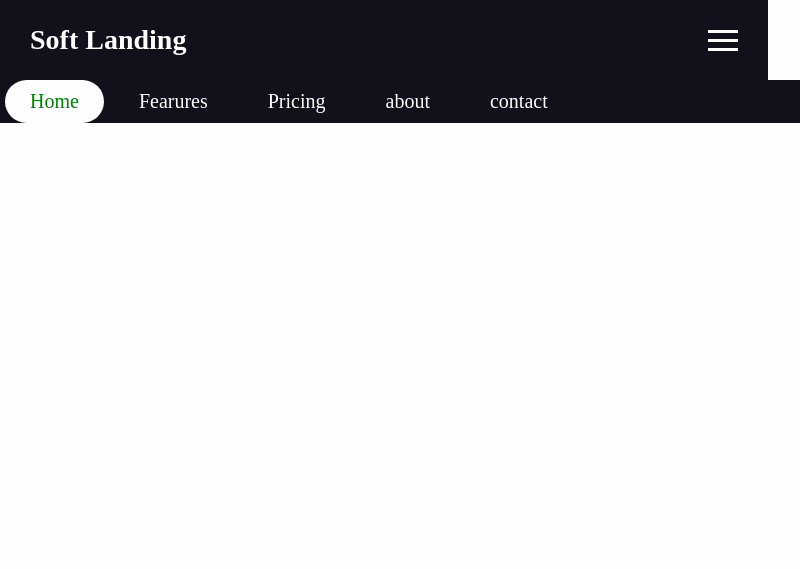
Repository: AMIT1439027/Gobbart-task
Page: index.html
An editor plug-in stored every save of this project. The page is shown before and after a run of saves, followed by the edit.
The browser window is 768 px wide. The page is 800 px wide, so the pictures cover 800 px, including what lies to the right of the window. The pictures show the whole page.

Above is the page before, as saved 2024-04-20 14:30:13.

### index.html
<!DOCTYPE html>
<html lang="en">
<head>
    <meta charset="UTF-8">
    <meta name="viewport" content="width=device-width, initial-scale=1.0">
    <title>Document</title>
    <link rel="stylesheet" href="style.css">
</head>
<body>
    <header>
        <div class="logo">Soft Landing</div>
        <div class="humburger">
            <div class="line"></div>
            <div class="line"></div>
            <div class="line"></div>
        </div>

        <nav class="nav-bar">
            <ul>
                <li>
                    <a href="" class="active">Home</a>
                </li>
                <li>
                    <a href="">Fearures</a>

                </li>
                <li>
                    <a href="">Pricing</a>

                </li>
                <li>
                    <a href="">about</a>
                </li>
                <li>
                    <a href="">contact</a>
                </li>
            </ul>
        </nav>
    </header>
</body>
</html>

### style.css
*{
    margin: 0;
    padding:0;
    list-style: none;
    text-decoration: none;
    font-family: Google Sans Regular;
    box-sizing:border-box;
}

body{
    background:#fefefe;

}

header{
    width: 100%;
    height: 80px;
    background:#11101b;
    display: flex;
    align-items: center;
    justify-content: space-between;
    padding: 0 100px;

}

.logo{
    font-size:28px;
    font-weight: bold;
    color:#fefefe;
}

.humburger{
    display: none;

}

.nav-bar ul{
 display: flex;
}

.nav-bar ul li a{
    display: block;
    color:#fefefe;
    font-size: 20px;
    padding: 10px 25px;
    border-radius:50px;
    transition: 0.2s;
    margin: 0 5px;

}

.nav-bar ul li a:hover{
    color:#11101b;
    background:#fefefe;
}

.nav-bar ul li a.active{
    color:green;
    background:#fefefe;

}

@media only screen and (max-width:1320px){
    header{
        padding: 0 50px;
    }
}

@media only screen and (max-width:1100px){
    header{
        padding: 0 30px;
    }
}

@media only screen and (max-width:900px){
   .humburger{
    display: block;
    cursor: pointer;
   }
   .humburger .line{
    width: 30px;
    height:3px;
    background:#fefefe;
    margin: 6px 0;
   }
   .nav-bar{
    /* display: none; */
    position: absolute;
    top: 80px;
    left: 0;
    right: 0;
    width: 100vh;
    background:#11101b;
    transition: 0.2s;

   }
}

After the next 4 saves:
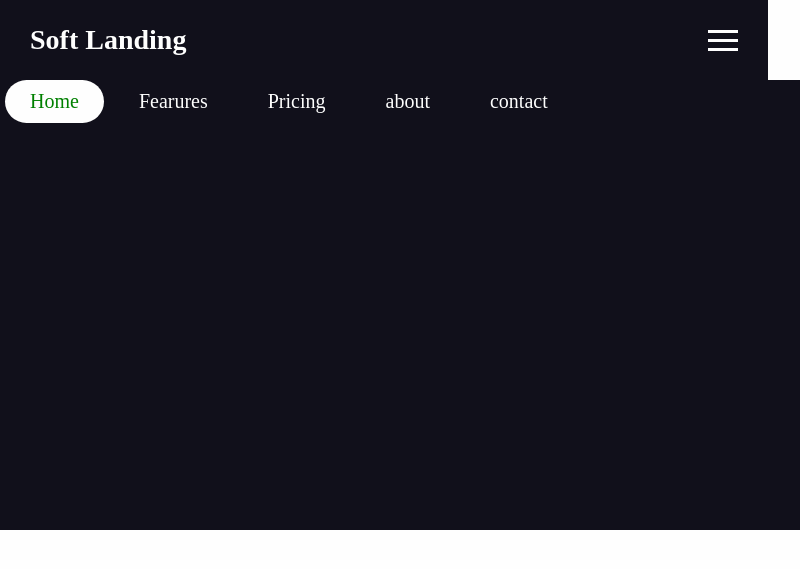
The 4 saves are shown as one change because they came seconds apart.
The last was saved 23 s later.
--- a/style.css
+++ b/style.css
@@ -84,6 +84,7 @@
     margin: 6px 0;
    }
    .nav-bar{
+    height: 450px;
     /* display: none; */
     position: absolute;
     top: 80px;
